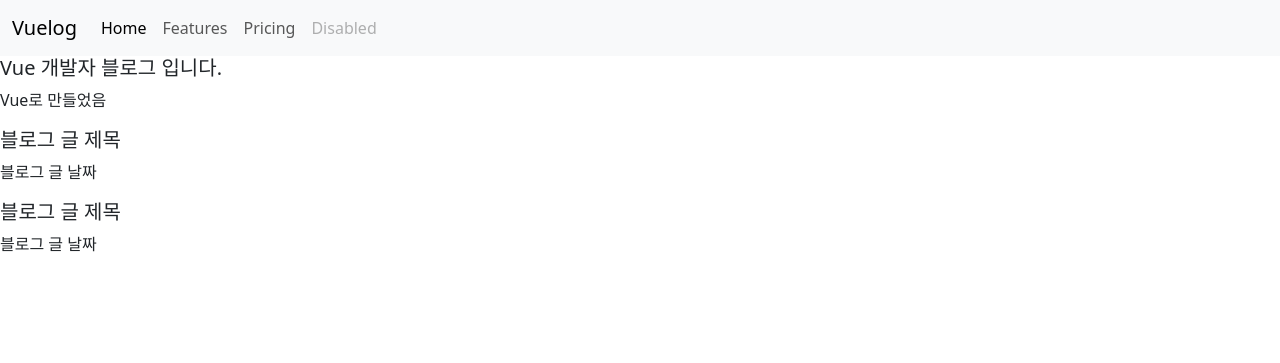
Repository: sangwoolee9701/testReposit
Page: / (app in vue_강습/blog/blog/)
The author's editor kept a copy of each file at every save. The page is drawn from the files as they stood at one save, then again after the next save.
The browser window is 1280 px wide. The pictures show the whole page.
The project was rebuilt for these pictures with package versions that can differ from the ones it lists, and the page was loaded fresh each time. Also part of the build but not shown: vue_강습/blog/blog/vite.config.js, vue_강습/blog/blog/src/assets/main.css.

Above is the page before, as saved 2026-03-24 20:59:25.

After the next save:
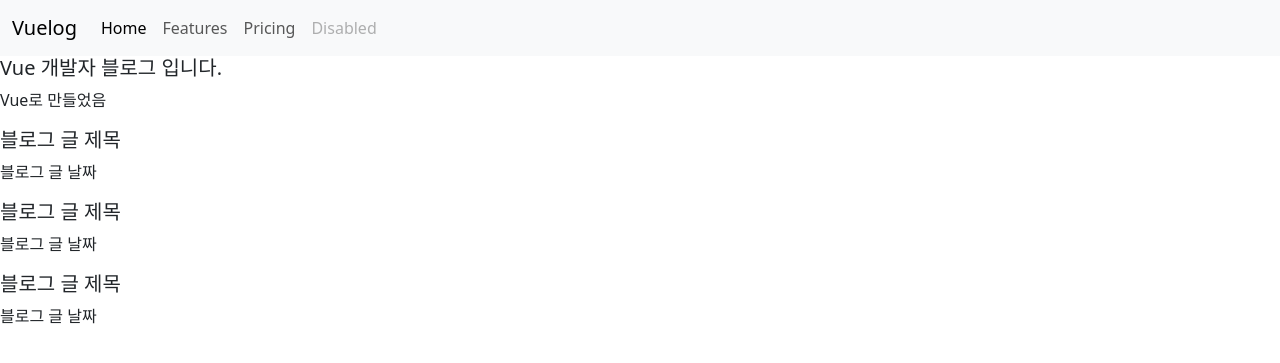
Saved 38 s later.
--- a/vue_강습/blog/blog/src/components/List.vue
+++ b/vue_강습/blog/blog/src/components/List.vue
@@ -1,4 +1,8 @@
 <template>
+    <div>
+        <h5>블로그 글 제목</h5>
+        <p>블로그 글 날짜</p>
+    </div>
     <div>
         <h5>블로그 글 제목</h5>
         <p>블로그 글 날짜</p>
